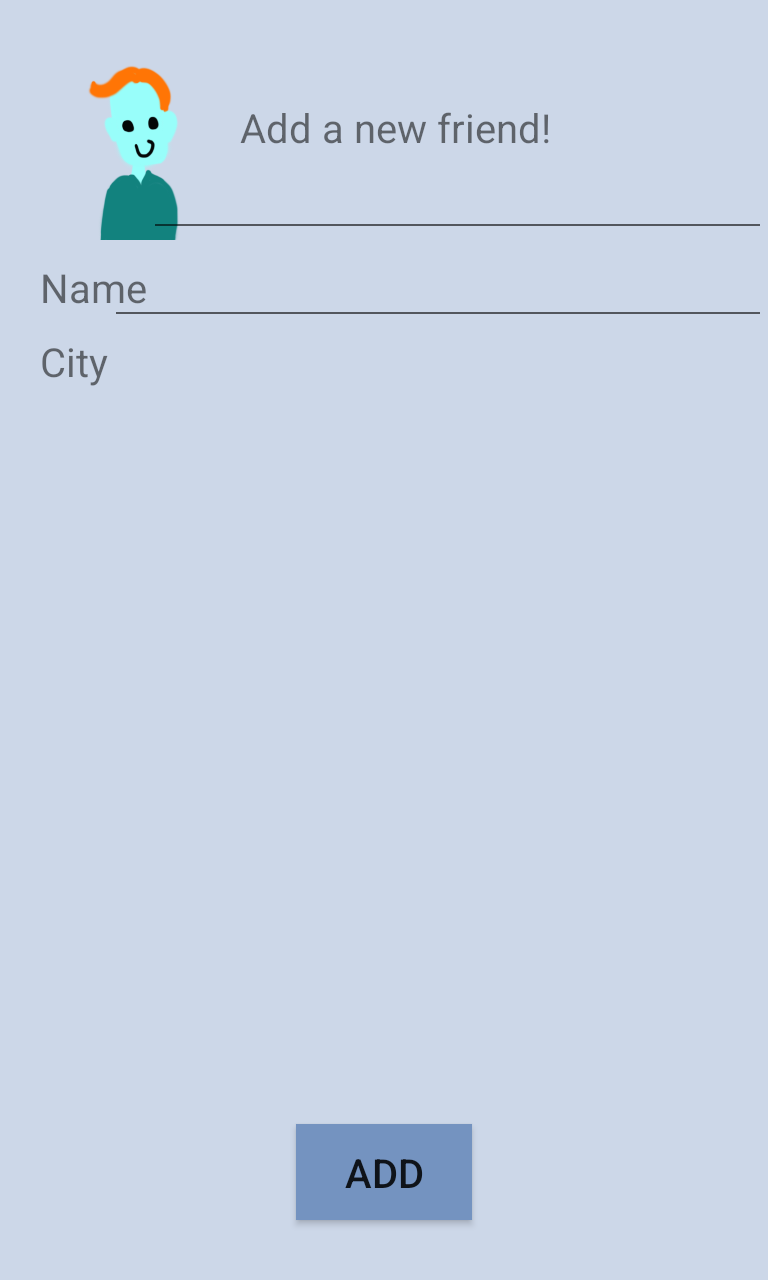
Repository: hinasakazaki/WeatherWithFriends
Layout: WeatherWithFriends/res/layout/add_fragment.xml
The author's editor kept a copy of each file at every save. The layout is drawn from the files as they stood at one save, then again after the next save.
It is drawn on a 768 x 1280 px phone screen (xhdpi) without system bars, with theme AppTheme; the app's code is not run.

Above is the layout before, as saved 2014-06-09 22:29:27.

After the next save:
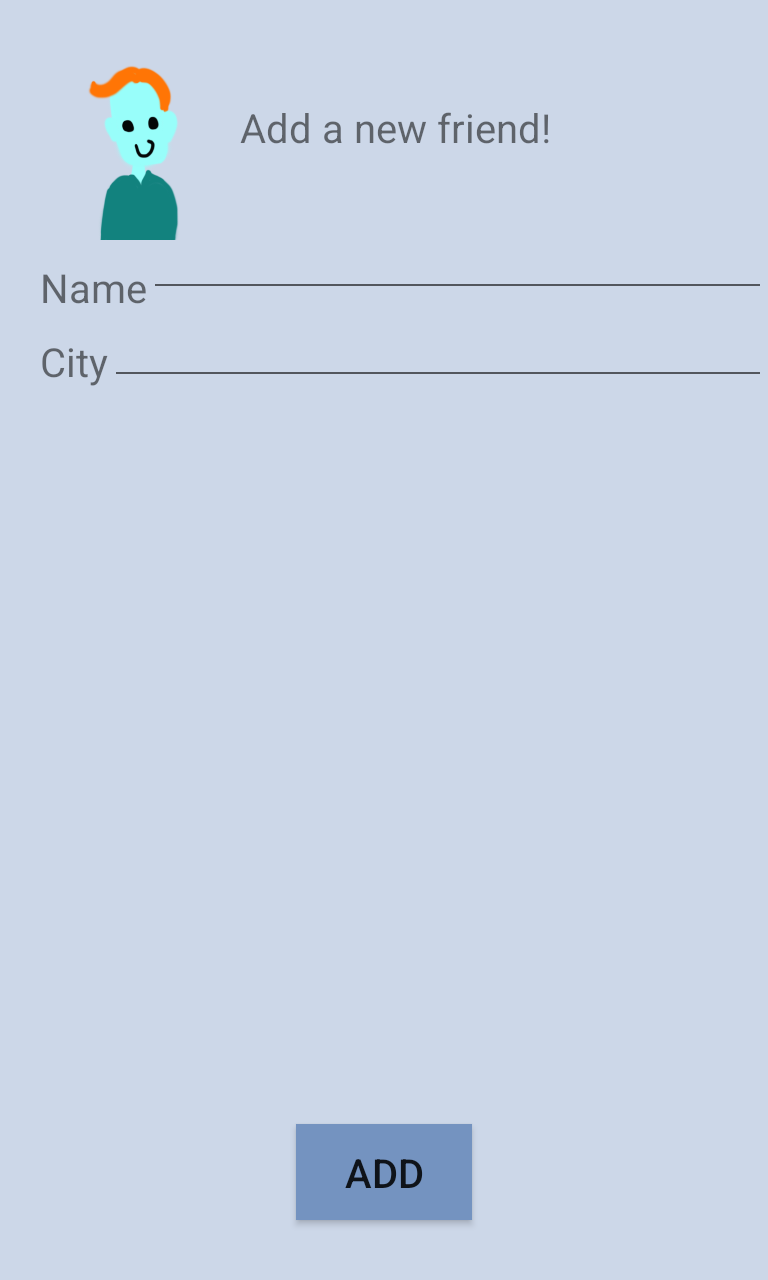
Saved 19 s later.
--- a/WeatherWithFriends/res/layout/add_fragment.xml
+++ b/WeatherWithFriends/res/layout/add_fragment.xml
@@ -42,7 +42,8 @@
     	    android:layout_alignParentRight="true"
     	    android:layout_toRightOf="@id/Name"
     	    android:layout_below="@id/title"
-    	     android:textSize="20dp"
+    	    android:textSize="20dp"
+    	    android:layout_marginTop="30dp"
     	    />
 
 	 <!-- third row -->
